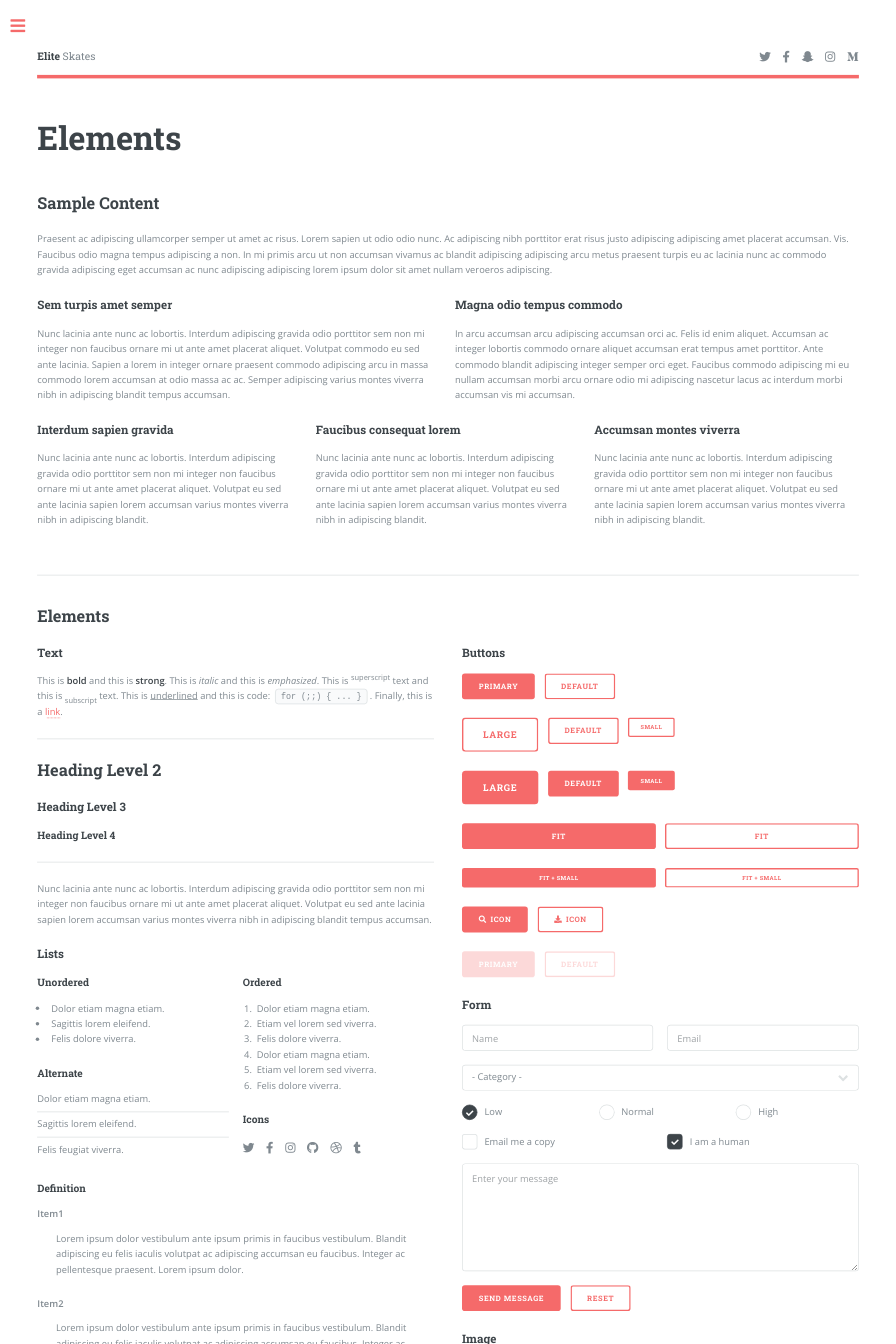
Repository: rachel648/New_Elite
Page: elements.html
These files come from the project's save history. The page is drawn as it stood at one moment and after the next save; the edit follows.
The browser window is 1280 px wide. The pictures show the part of the page from y = 0 to 1920 px (the page is 3543 px tall), at 70% of full size.

Above is the page before, as saved 2024-10-14 12:02:43.

After the next save:
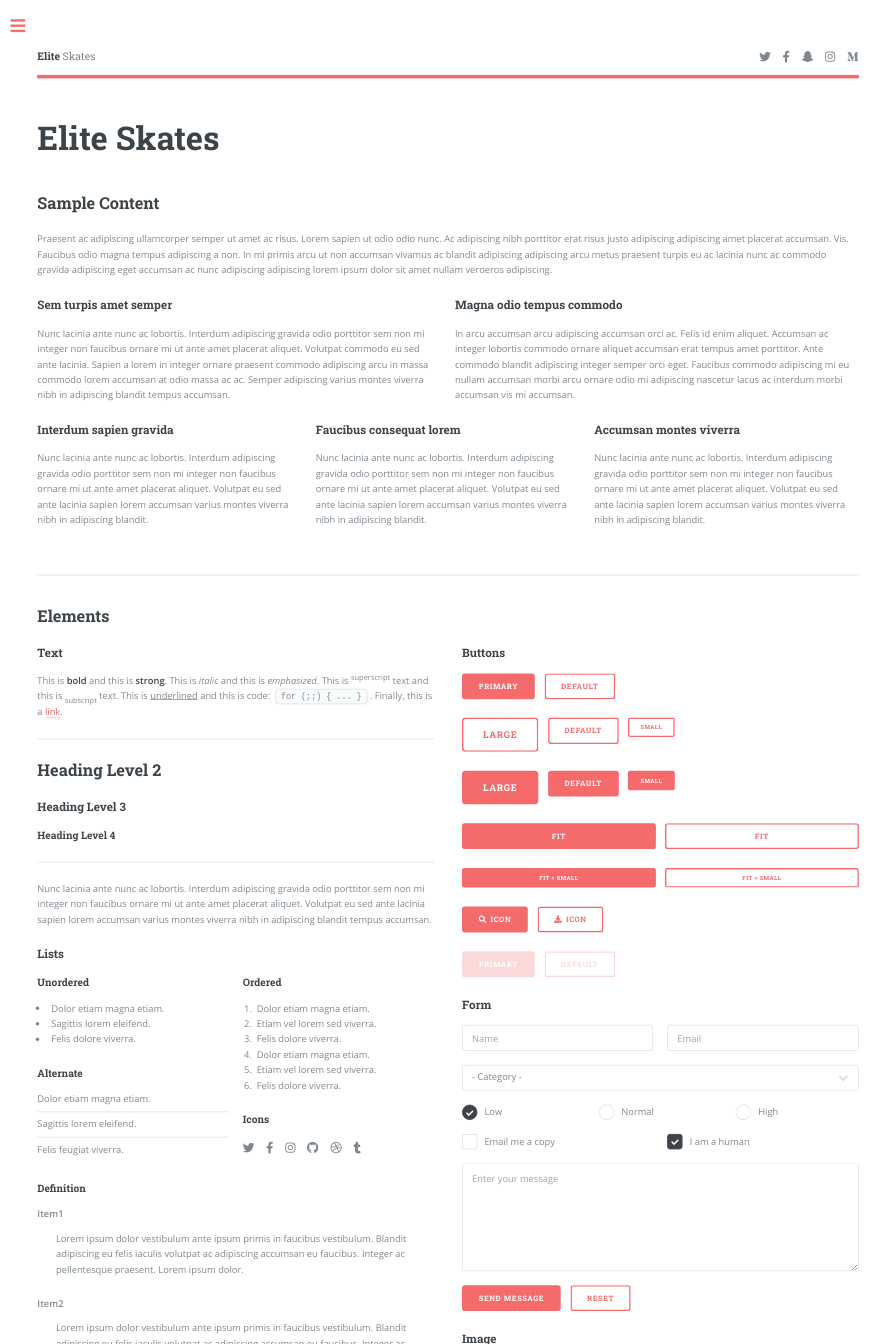
Saved 2 min 48 s later.
--- a/elements.html
+++ b/elements.html
@@ -30,7 +30,7 @@
 							<!-- Content -->
 								<section>
 									<header class="main">
-										<h1>Elements</h1>
+										<h1>Elite Skates</h1>
 									</header>
 
 									<!-- Content -->
@@ -451,10 +451,10 @@ print 'It took ' + i + ' iterations to sort the deck.';
 									</header>
 									<ul>
 										<li><a href="index.html">Homepage</a></li>
-										<li><a href="generic.html">Generic</a></li>
-										<li><a href="elements.html">Elements</a></li>
+										<li><a href="generic.html">Upcoming Events</a></li>
+										<li><a href="elements.html">Sports Day</a></li>
 										<li>
-											<span class="opener">Submenu</span>
+											<!-- <span class="opener">Submenu</span>
 											<ul>
 												<li><a href="#">Lorem Dolor</a></li>
 												<li><a href="#">Ipsum Adipiscing</a></li>
@@ -476,10 +476,11 @@ print 'It took ' + i + ' iterations to sort the deck.';
 										<li><a href="#">Maximus Erat</a></li>
 										<li><a href="#">Sapien Mauris</a></li>
 										<li><a href="#">Amet Lacinia</a></li>
+									-->
 									</ul>
 								</nav>
 
-							<!-- Section -->
+							 Section
 								<section>
 									<header class="major">
 										<h2>Ante interdum</h2>
